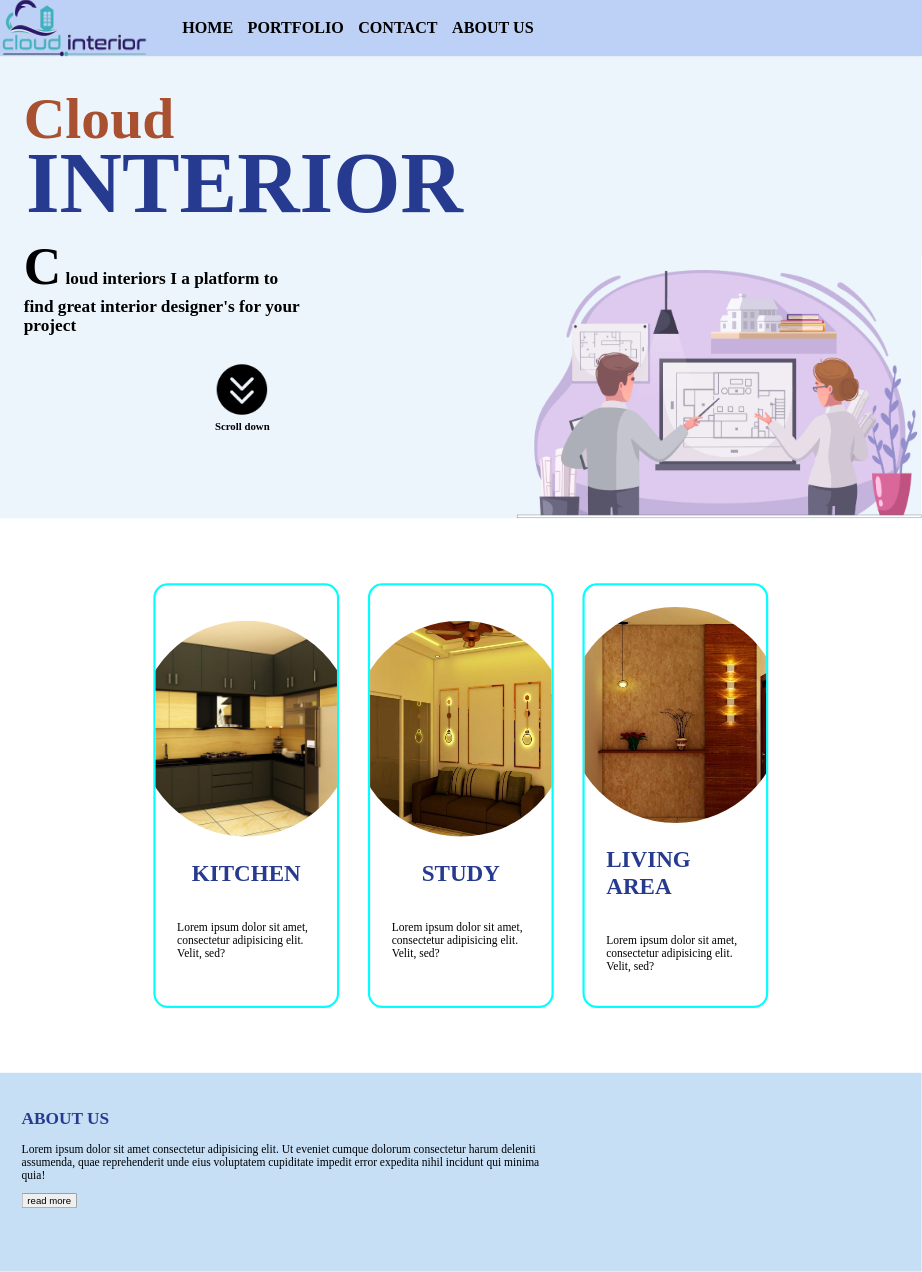
Repository: Ganavid/ganavidgowda.github.io
Page: cloud interior/‌index.html
These files come from the project's save history. The page is drawn as it stood at one moment and after the next save; the edit follows.
The browser window is 1280 px wide. The pictures show the whole page, at 72% of full size.

Above is the page before, as saved 2023-03-04 03:20:57.

### cloud interior/‌index.html
<!DOCTYPE html>
<html lang="en">

<head>
    <meta charset="UTF-8">
    <meta http-equiv="X-UA-Compatible" content="IE=edge">
    <meta name="viewport" content="width=device-width, initial-scale=1.0">
    <link rel="stylesheet" href="interial.css">
    <title>cloud</title>
</head>

<body>
    <div id="mainr">
        <nav id="navbar">
            <div id="logocnt">
                <img id="logo" src="Layer 2.png" alt="the company" width="100px" height="50px">

            </div>
            <ul id="contents">
                <li class="item">
                    <a href="interial.html">HOME</a>
                </li>
                <!-- <li class="item">
                <a href="#SERVICES">SERVICES</a>
                </li> -->
                <li class="item">
                    <a href="gallery.html">PORTFOLIO</a>
                </li>
                <li class="item">
                    <a href="register.html">CONTACT</a>
                </li>
                <li class="item">
                    <a href="about.html">ABOUT US</a>
                </li>
            </ul>
        </nav>
    </div>
    <div id="content2">
        <div id="subcontent">
            <h1>Cloud <br><span>Interior</span> </h1>
            <p><span>C</span> loud interiors I a platform
                to find great interior designer's
                for your project
            </p>
            <img src="scroll.png" alt="scroll down" id="scro">
            <p style="font-size: 15px;align-self: center;">Scroll down</p>
        </div>

        <div id="subcntimg">
            <img src="Group 1.png" alt=" studio" id="starter">
        </div>
    </div>


    <!-- <h2 style="text-align: center;">SERVICES WE OFFER</h2> -->
    <div id="services">

        <div class="items">
            <img class="img1" src="ki1.jpeg" width="200px" height="300px" alt="kitchen">
            <h3
                style="font-size: 200%;font-family: Montserrat;font-weight: SemiBold;color: #263B8F;text-transform: capitalize;">
                KITCHEN</h3>
            <p>Lorem ipsum dolor sit
                amet, consectetur adipisicing
                elit. Velit, sed?
            </p>
        </div>
        <div class="items">
            <img class="img1" src="h4.jpeg" width="200px" height="300px" alt="studyroom">
            <h3
                style="font-size: 200%;font-family: Montserrat;font-weight: SemiBold;color: #263B8F; text-transform: capitalize;">
                STUDY</h3>
            <p>Lorem ipsum dolor sit
                amet, consectetur adipisicing
                elit. Velit, sed?
            </p>
        </div>
        <div class="items">
            <img class="img1" src="h2.jpeg" width="200px" height="300px" alt="bathroom">
            <h3
                style="font-size: 200%;font-family: Montserrat;font-weight: SemiBold;text-transform: capitalize;color: #263B8F;">
                LIVING AREA</h3>
            <p>Lorem ipsum dolor sit
                amet, consectetur adipisicing
                elit. Velit, sed?
            </p>
        </div>
    </div>

    <div id="about">
        <h2 style="color: #263B8F;">ABOUT US</h2>
        <p id="abtcon">Lorem ipsum dolor sit amet consectetur adipisicing elit. Ut eveniet cumque dolorum consectetur
            harum deleniti assumenda, quae reprehenderit unde eius voluptatem cupiditate impedit error expedita nihil
            incidunt qui minima quia!</p>
        <button id="button">read more</button>
    </div>

</body>

</html>

### cloud interior/interial.css
body{
    margin: 0px;
    padding: 0px;
    border: 0px;
}


nav{
    display: flex;
    justify-content: left;
    background-color: #BDD0F5;
    padding: 3px;
    align-items: center;
    position: fixed;
    width: 100vw;
    height: 10vh;
    min-height: 20px;
}

#logocnt{
    display: flex;
    flex-direction: row;
    margin:8px 0px 8px 0px;
    padding-top: 5px;
    padding-bottom: 5px;
}

#logo{
    height: 80px;
    width: 200px;
    margin:8px 0px 8px 0px;
    padding-top: 10px;
    padding-bottom: 10px;
}

#contents{
    display: flex;
    flex-direction: row;
    list-style: none;

}
#contents li{
    display: flex;
    flex-direction: row;
    list-style: none;
    margin: 0px 10px 0px 10px;

}


#contents li a{
    text-decoration: none;
    margin: 0xp 10px 0px 10px;
    color:white;
    font-family: ebrima;
    font-weight: bold;
    font-size: 140%;
    color: black;
}

#content2 {
    display: flex;
    flex-direction:row;
    margin: 0px;
    padding: 0px;
    justify-content:space-between;
    height: 100vh;
    background-color: rgba(112, 174, 229, 0.13) ;
    op
}


#subcontent{
    display: flex;
    flex-direction: column;
    width: 50%;
    align-items: normal;
    justify-content: center;
    margin: 3px;
    padding: 5px;
}

#subcontent h1 {
    color: #A8502F;
    font-size: 500%;
    font-family: Arial Rounded MT;
    font-weight: bold;
    margin: 3px;
    padding: 5px;
    margin-left: 20px;
    line-height: 90px;
}

#subcontent h1 span{
    color: #263B8F;
    font-size: 150%;
    margin: 3px;
    text-transform: uppercase;
}

#subcontent p{
    max-width: 60%;
    font-size: 150%;
    font-family: Ebrima;
    font-weight: bold;
    margin: 3px;
    padding: 5px;
    margin-left: 20px;
}

#subcontent p span{
    font-size: 300%;
}

#scro{
    height: 70px;
    width: 70px;
    display: flex;
    align-self: center;
    margin-top: 5%;
    margin-left: 15px;
}

#subcntimg{
    display: flex;
    flex-direction: row;
    align-self: flex-end;
    justify-content: flex-end;
    width: 50%;
    height: 100%;
}

#starter{
    align-self: flex-end;
    width: 90%;
    margin-bottom: 1px;

}

/* img{
    margin-top: 20px;
    width: 400px;
    align-items: center;
} */

#ser{
    /* border: solid aquamarine; */
    margin: 0px;
    padding: 0px;
    width: 100%;


}
#services{
    display: flex;
    flex-direction: row;
    overflow:wrap;
    padding: 0px;
    margin: 0px;
    width: 100%;
    margin-top: 70px;
    margin-bottom: 70px;
    justify-content: center;
}
.items{
    display: flex;
    flex-direction: column;
    overflow:hidden;
    padding: 30px;
    border: solid aqua;
    align-content: space-around;
    margin: 20px;
    align-items: center;
    justify-content: center;
    border-radius: 20px;
    max-width: 15%;

}

.img1{
    border-radius: 100%;
    width:300px;

}

#about{
    background-color: rgba(112, 174, 229, 0.4);
    justify-content: center;
    height: 30vh;
    padding: 30px;
}

#abtcon{
    width: 60%;
}

After the next save:
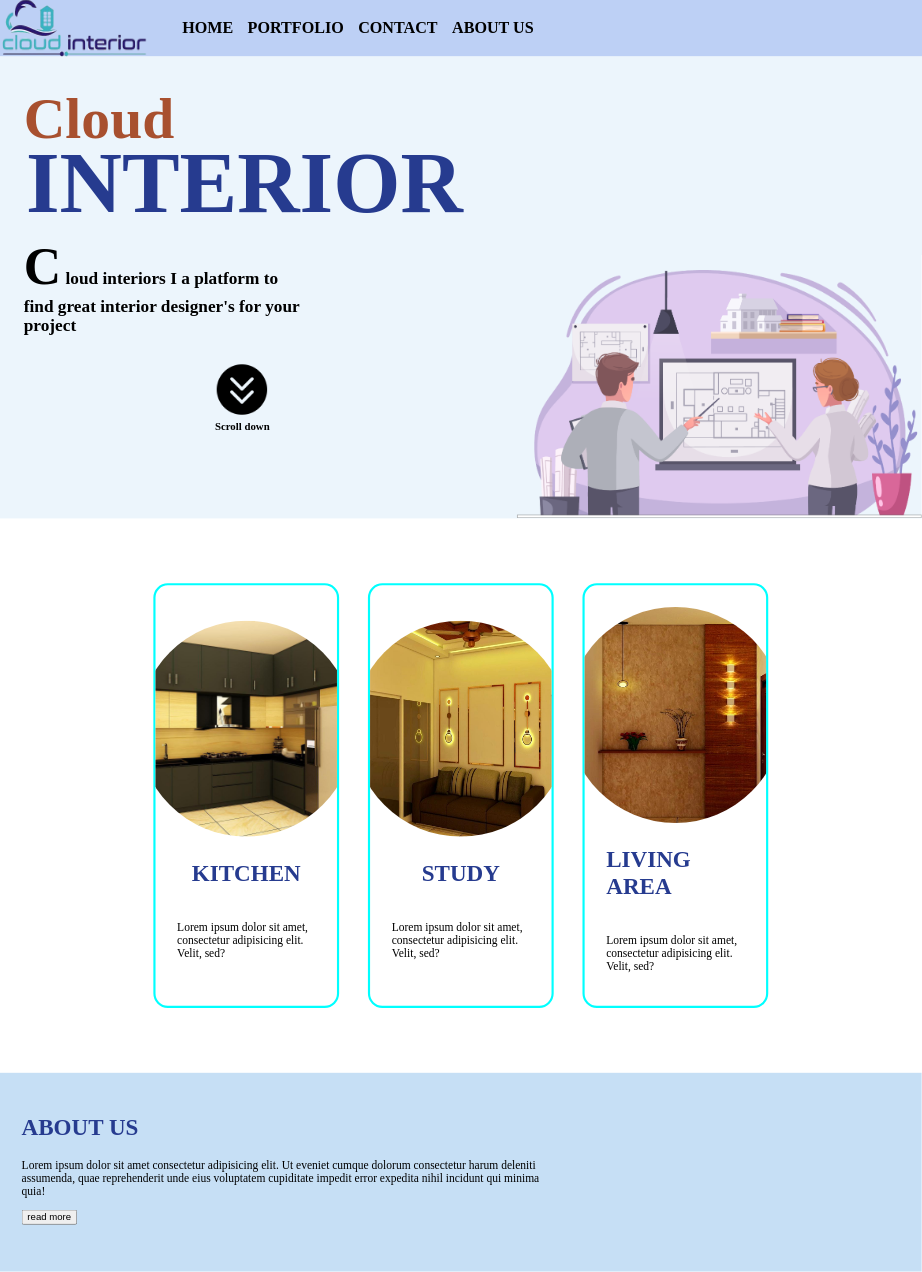
Saved 32 s later.
--- a/cloud interior/‌index.html
+++ b/cloud interior/‌index.html
@@ -88,7 +88,7 @@
     </div>
 
     <div id="about">
-        <h2 style="color: #263B8F;">ABOUT US</h2>
+        <h2 style="font-size: 200%;font-family: Montserrat;font-weight: SemiBold;text-transform: capitalize;color: #263B8F;">ABOUT US</h2>
         <p id="abtcon">Lorem ipsum dolor sit amet consectetur adipisicing elit. Ut eveniet cumque dolorum consectetur
             harum deleniti assumenda, quae reprehenderit unde eius voluptatem cupiditate impedit error expedita nihil
             incidunt qui minima quia!</p>
